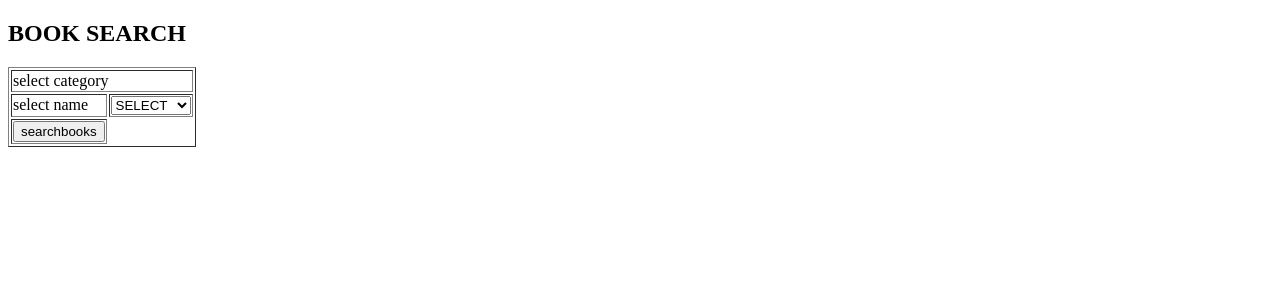
Repository: loky91/MYLABSONLY
Page: http://localhost/Lab9_SHOPPING_CART/
An editor plug-in stored every save of this project. The page is shown before and after the next save, followed by the edit.
The browser window is 1280 px wide. The pictures show the whole page.
The page is served by Tomcat 9. Other server files are loaded and not shown.

Above is the page before, as saved 2017-07-02 01:41:15.

### J2EE-SERVLET/Lab9_SHOPPING_CART/WebContent/index.jsp
<%@ page language="java" contentType="text/html; charset=ISO-8859-1"
    pageEncoding="ISO-8859-1"%>
<!DOCTYPE html PUBLIC "-//W3C//DTD HTML 4.01 Transitional//EN" "http://www.w3.org/TR/html4/loose.dtd">
<html>
<head>
<meta http-equiv="Content-Type" content="text/html; charset=ISO-8859-1">
<title>Insert title here</title>
</head>
<body>
<h2>BOOK SEARCH</h2>

<form action="searchbook.jlc">

<table border="1">
<tr>
<td colspan="2">select category</td>

</tr>
<tr><td>select name</td><td> <select name="category">
<option value="select" >SELECT</option>
<option value="java">java</option>
<option value="testing">TESTING</option>
<option value=".NET">.NET</option>

</select> </td></tr>

<tr><td> <input type="submit" value="searchbooks"/> </td></tr>

</table>

</form>




</body>
</html>

After the next save:
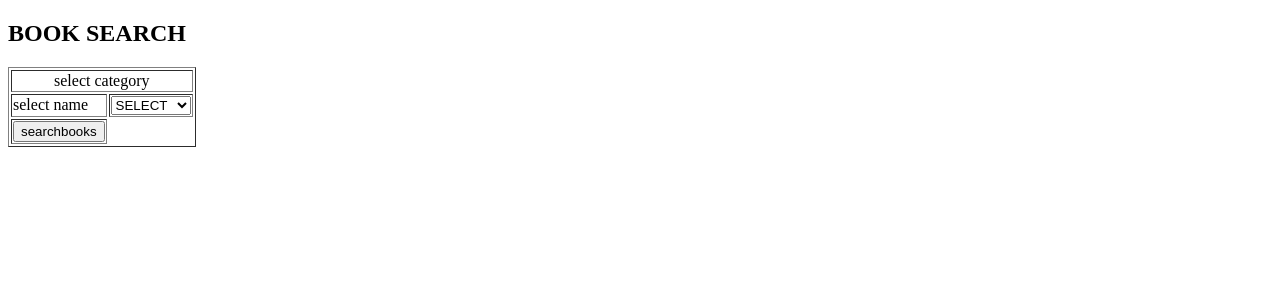
Saved 23 s later.
--- a/J2EE-SERVLET/Lab9_SHOPPING_CART/WebContent/index.jsp
+++ b/J2EE-SERVLET/Lab9_SHOPPING_CART/WebContent/index.jsp
@@ -13,7 +13,7 @@
 
 <table border="1">
 <tr>
-<td colspan="2">select category</td>
+<td colspan="2" align="center">select category</td>
 
 </tr>
 <tr><td>select name</td><td> <select name="category">
